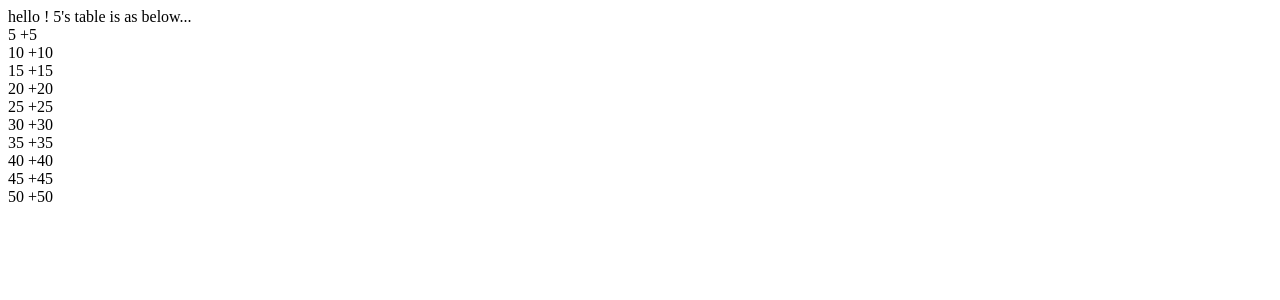
Repository: VishuMishra206/Test.Hibernate
Page: http://localhost/AjaxDatabaseExample/table_of_5.jsp
These files come from the project's save history. The page is drawn as it stood at one moment and after a run of saves; the edit follows.
The browser window is 1280 px wide. The pictures show the whole page.
The page is served by Tomcat 9.

Above is the page before, as saved 2019-09-12 07:28:58.

### AjaxDatabaseExample/WebContent/table_of_5.jsp
<%@ page language="java" contentType="text/html; charset=ISO-8859-1"
    pageEncoding="ISO-8859-1"%>
<!DOCTYPE html PUBLIC "-//W3C//DTD HTML 4.01 Transitional//EN" "http://www.w3.org/TR/html4/loose.dtd">
<html>
<head>
<meta http-equiv="Content-Type" content="text/html; charset=ISO-8859-1">
<title>Insert title here</title>
</head>
<body>
<% out.println(" hello ! 5's table is as below..."); %>
<%
int i,var=5;
out.println("<table order>");
for(i=1;i<=10;i++)
{
	out.println("<table>");
	out.println(var*i+" +"+ var*i);
	out.println("<br>");
	}


%>

</body>
</html>

After the next 2 saves:
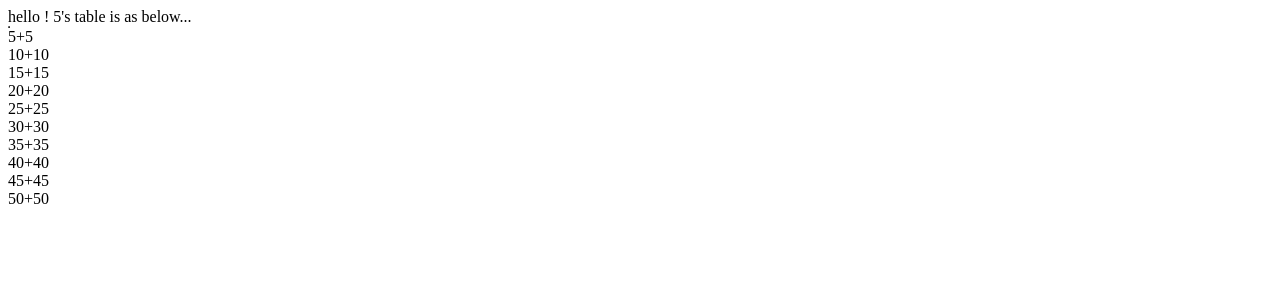
The 2 saves are shown as one change because 1 did not build or start.
The last was saved 2 min 4 s later.
--- a/AjaxDatabaseExample/WebContent/table_of_5.jsp
+++ b/AjaxDatabaseExample/WebContent/table_of_5.jsp
@@ -10,11 +10,11 @@
 <% out.println(" hello ! 5's table is as below..."); %>
 <%
 int i,var=5;
-out.println("<table order>");
+out.println("<table border>");
 for(i=1;i<=10;i++)
 {
 	out.println("<table>");
-	out.println(var*i+" +"+ var*i);
+	out.println(var*i + "+" + var*i);
 	out.println("<br>");
 	}
 
